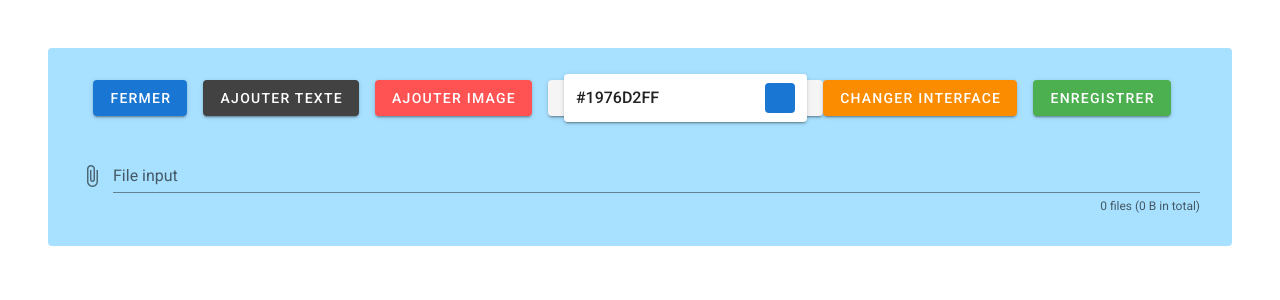
Repository: Hamagistral/BannerApp-Vue
Page: /#/dynamicPage
An editor plug-in stored every save of this project. The page is shown before and after the next save, followed by the edit.
The browser window is 1280 px wide. The pictures show the whole page.
The project was rebuilt for these pictures with package versions that can differ from the ones it lists, and the page was loaded fresh each time. Also part of the build but not shown: vue.config.js, src/components/WidgetText.vue, src/components/WidgetImage.vue, src/components/Home.vue.

Above is the page before, as saved 2023-02-07 01:48:21.

After the next save:
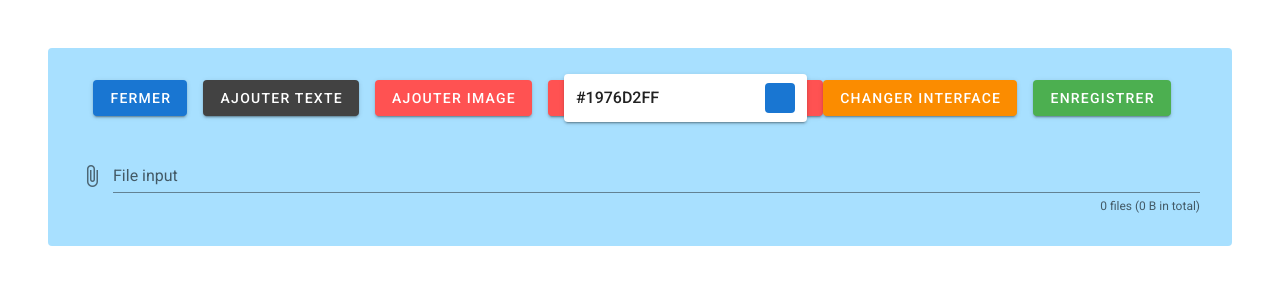
Saved 14 s later.
--- a/src/components/DynamicPage.vue
+++ b/src/components/DynamicPage.vue
@@ -14,7 +14,7 @@
           Ajouter Image
         </v-btn>
 
-        <v-btn>
+        <v-btn color="error">
             <v-text-field v-model="color" v-mask="mask" hide-details class="ma-0 pa-0" solo>
               <template v-slot:append>
                 <v-menu v-model="menu" top nudge-bottom="105" nudge-left="16" :close-on-content-click="false">
